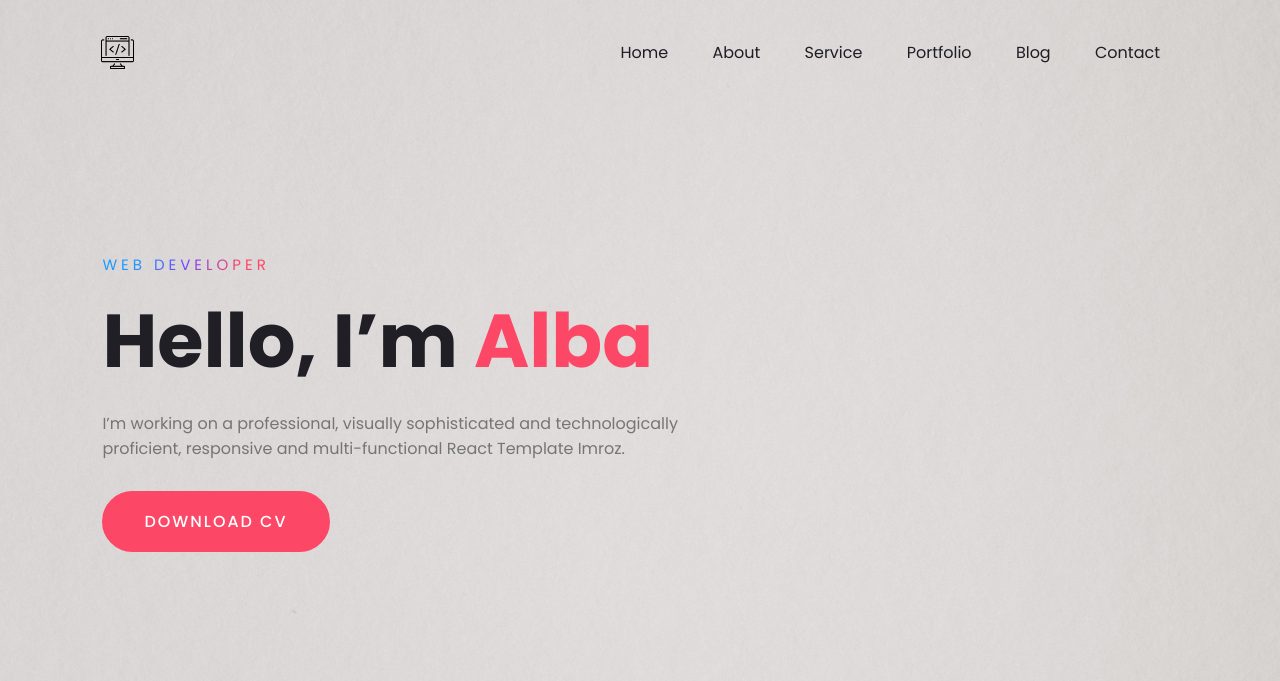
Repository: pilar122/port
Page: index.html
An editor plug-in stored every save of this project. The page is shown before and after the next save, followed by the edit.
The browser window is 1280 px wide. The pictures show the whole page.

Above is the page before, as saved 2022-01-29 12:01:59.

### index.html
<!DOCTYPE html>
<html lang="en">
<head>
    <meta charset="UTF-8">
    <title>Personal Portfolio Website</title>
    <!----CSS link----->
    <link rel="stylesheet" href="style.css">
</head>
<body>
    <div class="hero">
        <nav>
            <img src="./img/coding.png" class="logo">
            <ul>
                <li><a href="#">Home</a></li>
                <li><a href="#">About</a></li>
                <li><a href="#">Service</a></li>
                <li><a href="#">Portfolio</a></li>
                <li><a href="#">Blog</a></li>
                <li><a href="#">Contact</a></li>
            </ul>

        </nav>
        <div class="content">
            <span class="title">Web Developer</span>
            <h1>Hello, I’m <span>Alba</span></h1>
            <p>I’m working on a professional, visually sophisticated and technologically proficient, responsive and multi-functional React Template Imroz.</p>
            <a href="https://docs.google.com/document/d/1-5NqQs53X55snoyWaPBF-iuk-xL4VE2I0psmDuApD5Q/edit?usp=sharing" class="btn">Download CV</a>
        </div>
    </div>
</body>
</html>

### style.css
@import url('https://fonts.googleapis.com/css2?family=Poppins:wght@400;500;600;700&display=swap');
*{
    margin: 0;
    padding: 0;
    box-sizing: border-box;
    font-family: 'Poppins', sans-serif;
}
a{
    text-decoration: none;
}
.hero{
    width: 100%;
    height: 100vh;
    background: url(img/bg1.jpg);
    background-size: cover;
}
nav{
    display: flex;
    align-items: center;
    justify-content: space-between;
    padding: 30px 100px;
}
.logo{
    max-height: 35px;
}
nav ul li{
    list-style: none;
    display: inline-block;
    padding: 10px 20px;
}
nav ul li a{
    color: #1d1d24;
    position: relative;
    padding: 5px 0;
}
nav ul li a:hover{
    color: #fd4766;
}
nav ul li a:after{
    content: "";
    position: absolute;
    left: 0;
    width: 0;
    height: 3px;
    background: #fd4766;
    transition: .3s;
    bottom: 0;
}
nav ul li a:hover:after{
    width: 100%;
}
.btn{
    color: #fff;
    font-size: 16px;
    text-transform: uppercase;
    letter-spacing: 2px;
    padding: 16px 40px;
    border-radius: 500px;
    display: inline-block;
    font-weight: 500;
    transition: all .4s ease-in-out;
    background-size: 152% 100%;
    background: #fd4766;
    border: 2px solid #fd4766;
}
.btn:hover{
    background: transparent;
    border-color: #fd4766;
    color: #fd4766;
}
.content{
    position: absolute;
    top: 35%;
    left: 8%;
}
.content .title{
    color: #1f1f25;
    font-size: 15px;
    text-transform: uppercase;
    letter-spacing: 4px;
    display: inline-block;
    margin-bottom: 20px;
    background: linear-gradient(120deg, #1c99fe 20.69%, #7644ff 50.19%,#fd4766 79.69%);
    -webkit-background-clip: text;
    -webkit-text-fill-color: transparent;
}
.content h1{
    color: #1f1f25;
    font-size: 75px;
    font-weight: 900;
    line-height: 90px;
    text-transform: inherit;
    width: 70%;
}
.content h1 span{
    color: #fd4766;
}
.content p{
    width: 55%;
    color: #757575;
    margin-top: 25px;
    margin-bottom: 30px;
}

After the next save:
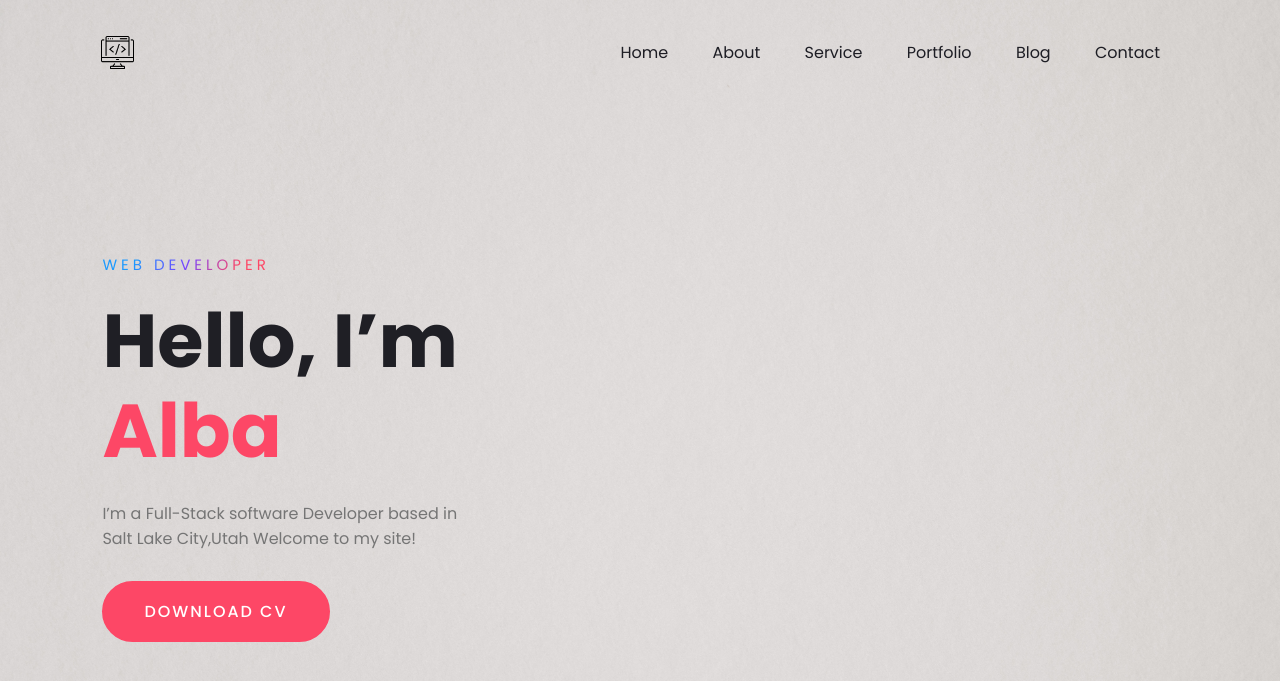
Saved 4 min 2 s later.
--- a/index.html
+++ b/index.html
@@ -23,7 +23,7 @@
         <div class="content">
             <span class="title">Web Developer</span>
             <h1>Hello, I’m <span>Alba</span></h1>
-            <p>I’m working on a professional, visually sophisticated and technologically proficient, responsive and multi-functional React Template Imroz.</p>
+            <p>I’m a Full-Stack software Developer based in Salt Lake City,Utah Welcome to my site!</p>
             <a href="https://docs.google.com/document/d/1-5NqQs53X55snoyWaPBF-iuk-xL4VE2I0psmDuApD5Q/edit?usp=sharing" class="btn">Download CV</a>
         </div>
     </div>
